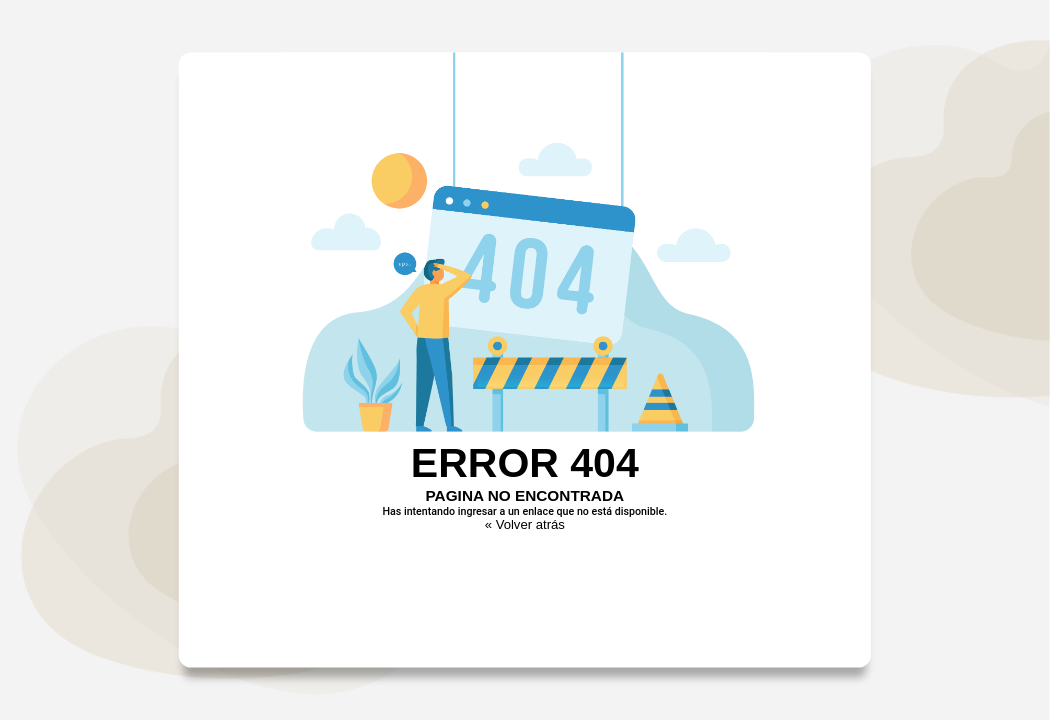
Repository: AlejandraBarrachina23/TPIntegrador_Barrachina_Java
Page: http://localhost/Alejandra_Barrachina_TP_Integrador1/error404.jsp
These files come from the project's save history. The page is drawn as it stood at one moment and after the next save; the edit follows.
The browser window is 1280 px wide. The pictures show the whole page, at 82% of full size.
Some web libraries are served in a nearby version. The page is served by Tomcat 9. Nobody is signed in. The application's start-up code is not run. Other server files are loaded and not shown.

Above is the page before, as saved 2019-12-19 12:38:28.

### Alejandra_Barrachina_TP_Integrador1/WebContent/error404.jsp

<%@ page language="java" contentType="text/html; charset=ISO-8859-1"
    pageEncoding="ISO-8859-1"%>
<!DOCTYPE html>
<html>
<head>
<meta charset="ISO-8859-1">

<script src="https://kit.fontawesome.com/735f5623c2.js"></script>
<link href="estilos.css" type="text/css" rel=stylesheet>
</head>
<body>

<div id="error-404">
		<img src="img/fondo-error.png" alt="icono-advertencia" class="">
		<h2>ERROR 404</h2>
		<h3>PAGINA NO ENCONTRADA</h3>
		<p>Has intentando ingresar a un enlace que no está disponible.</p>
		<a href="javascript:window.history.back();">&laquo; Volver atrás</a>
</div>

<script>
</script>
</body>
</html>

### Alejandra_Barrachina_TP_Integrador1/WebContent/estilos.css
@charset "ISO-8859-1";


* {
	padding:0px;
	margin:0px;
	border:0px;
}

body {
		background-color:#f3f3f3;
		background-image: url(iconos/fondo.png);
		background-repeat: no-repeat;
 		background-size: cover;


}

html,body{

margin:0px;

}


/*=============================================================
      FORMULARIO LOGIN
 ============================================================== */

 #error-404 {

 	background-color:#fff;
 	width:65;
 	height:750px;;
 	margin	: 5% 17%;
 	box-shadow: 0px 18px 10px -6px rgba(0,0,0,0.31);
 	text-align:center;
 	font-family: 'Francois One', sans-serif;
 	border-radius: 15px;

 }

 #error-404 a{

	color:black;

 }

  #error-404 img {

  width:70%;

  }

  #error-404 h2 {

  font-size:50px;
  }


 #login-avisos {

  	color:red;
  	margin-left:25%;
  	font-size:12px;
  }

 #recuperacion-aviso{
   	color:red;
  	margin-left:25%;
  	font-size:12px;
 }

 #form-login {

	width:65%;
 	margin	: 5% 17%;

}

#form-login-right, #form-login-left {


	height:750px;
	float:left;
	background-color:#F9FBFC;

}

#form-login-left {

	width:65%;
	border-top-left-radius: 20px;
	border-bottom-left-radius: 20px;
	box-shadow: 0px 18px 10px -6px rgba(0,0,0,0.31);
	opacity:0.9;
}

#form-login-left img {

	width:90%;
	padding	: 10% 5%;

}

#form-login-right {

	width:33%;
	border-top-right-radius: 20px;
	border-bottom-right-radius: 20px;
	box-shadow: 13px 14px 10px -6px rgba(0,0,0,0.31);
	opacity:0.8;

}


h1 {

		font-size:50px;
		font-family: 'Bebas Neue', cursive;
		color:#2C5060;
		margin-top:30%;
		text-align:center;
}

p, #form-login-right a {

	font-family: 'Roboto', sans-serif;
	font-weight: 500;
	font-size: 13px;
	color:black;
	text-align:center;
}

.text-box {

	border-bottom: 1px solid black;
	width:250px;
	text-align: center;
	margin-left:12%;
}

.text-box i {

	float:left;
	color: #2C5060;
	padding:7px;
}

#form-login-right [type="text"], #form-login-right [type="password"]{

	padding:5px;
	width:180px;
	border:none;
	outline:none;
	background-color:#FAFCFD;
	font-family: 'Oswald', sans-serif;

}

.main-button {

	background-color: #2C5060;
	color:white;
	width:35%;
	font-size:15px;
	border-style:none;
	padding:5px;
	border-radius: 15px;
	border: 0px solid #000000;
	box-shadow: 10px 10px 25px -13px rgba(0,0,0,0.75);
	font-family: 'Oswald', sans-serif;
	margin-left: 50%;

}

.main-button:hover {

	background-color: #1a6373;
}

.iconos-redes {

	width:5%;

}


#login-informacion {

	width:90%;
	padding:5%;

}


#login-informacion a{

	font-family: 'Oswald', sans-serif;
	font-size:15px;
	margin-left:48%;
}

#login-contacto{

	margin-top:50%;
	text-align:center;
}


#login-contacto p {

	font-size:18px;
	font-family: 'Oswald', sans-serif;

}

#login-recuperacion{

	padding-top:20%;
	text-align:center;

}

.restart-button{

	background-color: #2C5060;
	color:white;
	width:35%;
	font-size:15px;
	border-style:none;
	padding:5px;
	border-radius: 15px;
	border: 0px solid #000000;
	box-shadow: 10px 10px 25px -13px rgba(0,0,0,0.75);
	font-family: 'Oswald', sans-serif;

}

#form-advertencia {

	width:100%;
	text-align:center;
	margin-top:50%;
	color:#E16C78;
	font-family: 'Oswald', sans-serif;

}

.icono-advertencia{

	margin-top:15%;
	padding:2%;
	width:30%;
	margin: 0 auto;

}

#form-advertencia p {

	color:#E16C78;
	font-size: 15px;
}

.blue{

	color:#30A9E3;
}


 /*=======================
      FORMULARIO INDEX
 ========================= */

 .section-principal{

	float:left;
	height: 100vh;
	width:90%;
	background-color:#f3f3f3;
	color:black;
	text-align:center;
	margin-left:10%;
}

.section-principal select {

	font-family: 'Oswald', sans-serif;
	border:1px solid black;
	margin:5px;
	padding:2px;
	color:black;
}

.section-principal input{

	width:15%;
	padding:5px;
	border:1px solid black;
	font-family: 'Oswald', sans-serif;
}

.section-principal label{

	font-size:18px;
	font-family: 'Oswald', sans-serif;

}

.section-principal a{

	color:black;

}


nav {

	background-color:#2C5060;
	font-family: 'Francois One', sans-serif;
	width:10%;
	height: 100vh;
	font-size:15px;
	float:left;
	position:fixed;

}

 ul {

	list-sytle: none;
	width:100%;
}

a {

	text-decoration:none;
	color:white;

}

li:hover {

	border-left: solid 4px #2896BC;
	background-color: #2F5866;
	transition: background-color 0.3s;
	transition: border 0.3s;

}

ul li {

	border-left: solid 4px #2C5060;
	font-family: 'Oswald', sans-serif;
	padding:15px;
	border-bottom: 1px solid #2D5C6D;


}

.icon{

	width:13%;
	padding-right:5px;

}


#icon-usuario{

	width:40%;
}

li .icon{

	float:left;

}


#user {

	width:100%;
	margin-top:40%;
	text-align:center;
	padding: 10% 0%;
	border-bottom: 1px solid #2D5C6D;

}

#user h2{

	color:#fff;

}

#user p, #header-user p {

	font-size:15px;
	color:#fff;
	padding:8px;
	font-family: 'Oswald', sans-serif;
}

 /*=======================
      FORMULARIO ALUMNOS
 ========================= */


#logo{

	width:30%;
	height:150px;
	border-bottom: 1px solid white;
	color:white;
	text-align:center;
	margin-top:30px;
}

#alumnos-principal {

	background-color:#fff;
	width:83%;
	margin-left: 200px;
	height:300px;
	box-shadow: 10px 10px 25px -13px rgba(0,0,0,0.75);

}

#form-agregar-usuario {

	background-color: white;
	width:95%;
	height:200px;
	margin:20px;
	padding:10px;
	box-shadow: 10px 10px 25px -13px rgba(0,0,0,0.75);
	display: none;


}

#form-listado-alumnos,#form-cursos,#form-listado-calificaciones {

	background-color: white;
	width:97%;
	height: 100vh;
	margin:20px;
	padding:10px;
	box-shadow: 10px 10px 25px -13px rgba(0,0,0,0.75);

}

#form-cursos{

	background-color:#f3f3f3;
	box-shadow: none;
}

#btn-flecha {

	background-image: url("iconos/flecha.png");
	background-repeat: no-repeat;
	width:25px;
	height:25px;
	background-color:#2C5060;
	border: 0;
	float:right;

}

.dato {

	float:left;
	margin: 10px;
	width:23%;


}

.dato input {

		width: 200px;
		background: #f3f3f3;
		font: inherit;
		box-shadow: 0 6px 10px 0 rgba(0, 0, 0 , .1);
		border: 0;
		outline: 0;
		padding: 8px;

}

.encabezados {

	background-color:#2C5060;
	color:white;
	padding:10px;
	margin:10px;
	font-family: 'Oswald', sans-serif;

}



h3 {

	display:inline;

}

label {

	color:#2C5060;
	font-family: 'Open Sans', sans-serif;
	font-weight: 600;
	font-size: 10px;
}

.flecha {

	float:right;
}

.content-table{

	border-collapse:collapse;
	margin:20px 10px;
	font-size:0.9em;
	width:99%;
	min-width:600px;
	box-shadow: 7px 9px 23px -13px rgba(0,0,0,0.93);
	font-family: 'Roboto', sans-serif;

}

.content-table-cursos{

	border-collapse:collapse;
	margin:20px 10px;
	font-size:0.9em;
	width:50%;
	min-width:600px;
	box-shadow: 7px 9px 23px -13px rgba(0,0,0,0.93);
	font-family: 'Roboto', sans-serif;
}

.content-table th, .content-table-cursos {

	background-color:#2C5060;
	color:white;
	font-weight: 600;
	padding:12px;



}

.content-table tr,
.content-table td {

	padding:5px 5px;

}

.content-table td {

	border-bottom: 1px solid #dddddd;

}

.content-table tr:nth-of-type(even) {

	background-color:#f3f3f3;

}

.content-table tr:last-of-type {

	border-bottom: 3px solid #2C5060;

}

.content-table-cursos .content-fileter{

	width:50%;

}

.content-filter {

	background-color:#f3f3f3;
	width:100%;
	text-align:center;
	padding:10px;


}

.pie-pagina{

	float:left;
	margin-top:20px;
	text-align:right;
	width:100%;
}

 /*=======================
      FORMULARIO ALUMNOS
 ========================= */

#section-index{

	float:left;
	height: 100vh;
	width:100%;
	margin:1px 1px;
	text-align:center;


}

#index-encabezado{

	background-color:#2C5060;
	text-align:center;
	height:295px;
	width:100%;

}

#section-index img {

	width:50%;

}

#index-descripcion {

	box-shadow: 10px 10px 25px -13px rgba(0,0,0,0.75);
	font-family: 'Roboto', sans-serif;
	background-color:#fff;
}


#index-descripcion-encabezado{

	text-align:center;
	background-color:#fff;

}

#index-descripcion-encabezado img{

	width:50%;

}

#index-descripcion-encabezado h2{

	font-size:50px;
	font-family: 'Francois One', sans-serif;
	color:#2C5060;

}

#index-descripcion-encabezado p{

	font-size:15px;
	font-family: 'Francois One', sans-serif;
	color:#2C5060;

}

#index-descripcion-contenido{

	text-align:center;
	height:300px;
	margin-top:30px;
	padding-left:220px;
}

#index-descripcion-contenido-profesores{


	height:430px;
	width:100%;


}

#index-descripcion-contenido-profesores .index-item-descripcion{

	width:18%;
	height:300px;
	float:left;
	margin-left:40%;

}

.index-item-descripcion {

	width:18%;
	height:300px;
	float:left;
	margin:30px;

}

.index-item-descripcion img {

	width:40%;
	padding:0% 20%;
	margin:0% 5%;
}

.index-item-descripcion h3 {

	font-size:25px;
	font-family: 'Oswald', sans-serif;

}

.index-item-descripcion p {

	font-size:15px;

}

.btn-index {

	padding:10px;
	margin:10px 38px;
	background-color: #2C5060;
	font-family: 'Oswald', sans-serif;
	font-size:20px;
	color:#fff;
	width:60%;
	box-shadow: 10px 10px 25px -13px rgba(0,0,0,0.75);
	float:left;
	text-align:center;

}

.modal-fondo-accion {

	background: rgba(0,0,0,0.3);
	position:fixed;
	top:0;
	bottom:0;
	left:0;
	right:0;
	display:flex;
	align-items:center;
	justify-content:center;
	font-family: 'Francois One', sans-serif;
	visibility:hidden;
}

.modal-contenido-accion{

	background-color:#fff;
	box-shadow: 10px 10px 25px -13px rgba(0,0,0,0.75);
	width:15%;
	border-radius: 8px;
	padding-bottom: 15px;

}

#modal-fondo-accion .active{

	visibility:visible;
}


.accion-arriba{

	background-color: #3FC59D;
	padding:5% 0;
	width:100%;
}

.accion-abajo{

	background-color: #fff;
	padding:5% 0;
	width:100%;

}

.btn-accion-cerrar{

	background-color:blue;
	padding:2%;
	margin:3%;
	color:white;
}

.modal-contenido-accion img {

	width:25%;

}

.modal-fondo {

	background: rgba(0,0,0,0.3);
	position:fixed;
	top:0;
	bottom:0;
	left:0;
	right:0;
	display:flex;
	align-items:center;
	justify-content:center;
	visibility:hidden;

}

.modal-fondo.active{

	visibility:visible;
}

.modal-contenido {

	background-color:#fff;
	box-shadow: 10px 10px 25px -13px rgba(0,0,0,0.75);
	width:20%;
	border: 3px solid #2C5060;
	padding-bottom: 15px;
}

.modal-contenido .btn-modal {

	width:30%;
	color:white;
	background-color: #2C5060;
	font-size:20px;
	padding:5px;
	margin:5px;

}

.modal-contenido a {
	color:#fff;

}

.btn-modal-eliminar{

	width:30%;

	background-color: #2C5060;
	font-size:20px;
	padding:5px 25px;
	font-family: 'Oswald', sans-serif;
	margin:5px;
	border:1px solid black;

}

.modal-contenido [type="text"] {

	width:70%;
	font-size: 13px;
	margin-bottom:15px;

}

.modal-contenido h3 {

	font-size: 20px;
	font-family: 'Oswald', sans-serif;
	background-color:#2C5060;
	display:block;
	color:#fff;
	padding:8px;

}

.modal-contenido label {

	font-size: 15px;
	font-family: 'Roboto', sans-serif;
}

.modal-contenido select, .modal-contenido [type="date"], .modal-contenido [type="email"], .modal-contenido [type="number"] {

	font-family: 'Oswald', sans-serif;
	border:1px solid black;
	margin:5px;
	padding:2px;
	width:74%;
	padding:1%;
	color:black;

}

.modal-contenido [type="date"], .modal-contenido [type="email"], .modal-contenido [type="number"]{

	width:71%;

}

.opciones {

	color:black;
	background-color:#fff;

}

.btnFormulario {

	width:12%;
	padding:10px;
	font-size: 15px;
	font-family: 'Oswald', sans-serif;
	border-radius: 8px;
	background-color:#2C5060;
	color:white;
	float:right;
	border:0;
	margin:8px;
}

td .btn-modificar {

	width:22%;
	height:32px;
	background-image:url(iconos/modificar.png);
	background-repeat: no-repeat;
	border:none;
	background-color:inherit;
}

td .btn-eliminar {

	width:22%;
	height:32px;
	background-image:url(iconos/borrar.png);
	background-repeat: no-repeat;
	border:none;
	background-color:inherit;

}

td .btn-mostrar {

	width:12%;
	height:32px;
	background-color:blue;
	background-image:url(iconos/mostrar.png);
	background-repeat: no-repeat;
	border:none;
	background-color:inherit;
}

td .btn-calificaciones {

	width:12%;
	height:32px;
	background-image:url(iconos/notas.png);
	background-repeat: no-repeat;
	border:none;
	background-color:inherit;
}

/*=============================================================
      FORMULARIO CURSOS
 ============================================================== */

#form-curso-izquierda{

	background-color: #fff;
	width:38%;
	float:left;
	color:black;
	padding-left:5%;
	padding-right:5%;
	padding-bottom:5%;
	box-shadow: 10px 10px 25px -13px rgba(0,0,0,0.75);

}

#form-curso-derecha{

	width:38%;
	float:left;
	box-shadow: 10px 10px 25px -13px rgba(0,0,0,0.75);
	padding:5px 5%;
	margin-left:2%;
	background-color:#fff;

}

#form-curso-izquierda [type="text"], #form-curso-izquierda select{

	padding:5px;
	width:180px;
	background-color:#FAFCFD;
	font-family: 'Roboto', sans-serif;
	font-size: 12px;
	color:black;

}

#form-curso-izquierda label {

	font-size:18px;
	display: block;
	witdh:20px;
}

.form-cursos-encabezado-izquierda{

	background-color: #2C5060;
	width:100%;
	margin: 20px 0px;
	padding:1px;


}

.form-cursos-encabezado-izquierda h2{

	color:white;
	padding:2px;
	font-family: 'Oswald', sans-serif;
}

#form-curso-derecha #listado-alumnos {

	text-align:center;
	width:100%;

}

#form-curso-derecha #listado-alumnos li {

	font-size:15px;
	padding:0;
	width:20%;
	border:none;
	background-color:none;
	margin-left:40%;
	list-style: none;



}

#form-curso-derecha #listado-alumnos li:hover {

	background-color:white;
}

/*=============================================================
      FORMULARIO CALIFICACIONES
 ============================================================== */

.busqueda-califaciones{

	width:98%;
	margin:1%;
	box-shadow: 0px 18px 10px -6px rgba(0,0,0,0.31);
	background-color:#fff;
	padding-bottom:2%;

}

.busqueda-califaciones h2{

	width:99%;
	background-color:blue;
	color:#fff;
	background-color:#2C5060;
	font-family: 'Oswald', sans-serif;
	padding:0.5%;
	margin-bottom:1%;

}

#form-listado-calificaciones h2{

	color:#fff;
	background-color:#2C5060;
	font-family: 'Oswald', sans-serif;
	width:99%;
	padding:0.5%;

}


/*=============================================================
      FORMULARIO REPORTES
 ============================================================== */


#form-reportes{

	background-color: #f3f3f3;
	width:97%;
	height:970px;
	margin:20px;
	padding:10px;

}

#form-reportes-fila-uno{

	width:85%;
	height: 25vh;
	padding-left: 15%;
	overflow:hidden;


}

.fila-uno-items{

	width:15%;
	height:20vh;
	float:left;
	margin:1%;
	box-shadow: 0px 18px 10px -6px rgba(0,0,0,0.31);
	background-color:#fff;
	padding:1%;
	border-radius:10px;

}

.fila-uno-items img {

	width:40%;
	padding:3%;


}

.fila-uno-items h2 {

	font-family: 'Oswald', sans-serif;
	font-size:20px;

}

.fila-uno-items p {

	font-size:25px;
	font-family: 'Francois One', sans-serif;
	color:#2C5060;

}

.fila-uno-items-pie{

	padding:2%;
	margin-left:25%;
}

.fila-uno-items-pie img {

	width:12%;
	float:left;
}


.fila-uno-items-pie p {

	font-size:20px;
	float:left;

}

#form-reportes-fila-dos{

	width:100%;
	margin-top:3%;
	height:500px;


}

.form-reportes-graficos{

	width:25%;
	background-color:#fff;
	float:left;
	box-shadow: 0px 18px 10px -6px rgba(0,0,0,0.31);
	margin:3% 1%;
	padding:3%;
	border-radius:5px;
}

.form-reportes-graficos h3 {

	font-family: 'Oswald', sans-serif;
	margin:5%;
}

#form-reportes-fila-dos h2, #form-reportes-fila-tres h2{

	font-family: 'Oswald', sans-serif;
	background-color:#2C5060;
	height: 3vh;
	color:white;
	width:99.5%;
	padding:0.5%;

}

.fila-uno-items-pie{

	border-top: 1px solid #f3f3f3;

}

#form-reportes-fila-tres {

	width:100%;
	heigth:300px;
	overflow:hidden;

}

.reporte-fila-tres-promedio{

	width:39%;
	float:left;
	text-align:center;
	margin:0.5%;
	background-color:#fff;
	box-shadow: 0px 18px 10px -6px rgba(0,0,0,0.31);
	padding:0.5% 5%;

}

.reporte-fila-tres-promedio h3{

	font-family: 'Oswald', sans-serif;
}

#form-reportes-fila-tres .content-table {

	width:100%;
	float:left;
	padding:20px;
	margin:3% 6%;

}

.resultado-busqueda{

	width:98%;
	heigth:500px;
	background-color:#fff;
	overflow:hidden;
	margin-left:1%;
}

.resultado-busqueda-asistencias{

	width:98%;
	heigth:500px;
	overflow:hidden;
	margin-left:1%;

}

.tabla-resultado-busqueda{

	width:60%;
	float:left;
	margin: 1% 20%;

}

.resultado-busqueda-asistencias .tabla-resultado-busqueda{

	width:30%;
	float:left;
	margin: 1% 20%;
}


.titulos {

	background-color:#2C5060;
	color:#fff;
	padding:0.5%;
	font-family: 'Oswald', sans-serif;

}

.form-reportes-graficos-asistencias{

	width:30%;
}


.form-reportes-graficos-asistencias h3{

	font-family: 'Oswald', sans-serif;
}

.resultado-busqueda-asistencias .graficos-resultado-busqueda .form-reportes-graficos-asistencias{

	margin-left:35%;
	margin-top:1%;
}

.resultado-busqueda-asistencias .tabla-resultado-busqueda{

	margin-left:32%;
	margin-top:1%;
}

### Alejandra_Barrachina_TP_Integrador1/WebContent/img/cancel.svg
<?xml version="1.0" encoding="iso-8859-1"?>
<!-- Generator: Adobe Illustrator 19.0.0, SVG Export Plug-In . SVG Version: 6.00 Build 0)  -->
<svg version="1.1" id="Layer_1" xmlns="http://www.w3.org/2000/svg" xmlns:xlink="http://www.w3.org/1999/xlink" x="0px" y="0px"
	 viewBox="0 0 496.158 496.158" style="enable-background:new 0 0 496.158 496.158;" xml:space="preserve">
<path style="fill:#E04F5F;" d="M496.158,248.085c0-137.021-111.07-248.082-248.076-248.082C111.07,0.003,0,111.063,0,248.085
	c0,137.002,111.07,248.07,248.082,248.07C385.088,496.155,496.158,385.087,496.158,248.085z"/>
<path style="fill:#FFFFFF;" d="M277.042,248.082l72.528-84.196c7.91-9.182,6.876-23.041-2.31-30.951
	c-9.172-7.904-23.032-6.876-30.947,2.306l-68.236,79.212l-68.229-79.212c-7.91-9.188-21.771-10.216-30.954-2.306
	c-9.186,7.91-10.214,21.77-2.304,30.951l72.522,84.196l-72.522,84.192c-7.91,9.182-6.882,23.041,2.304,30.951
	c4.143,3.569,9.241,5.318,14.316,5.318c6.161,0,12.294-2.586,16.638-7.624l68.229-79.212l68.236,79.212
	c4.338,5.041,10.47,7.624,16.637,7.624c5.069,0,10.168-1.749,14.311-5.318c9.186-7.91,10.22-21.77,2.31-30.951L277.042,248.082z"/>
<g>
</g>
<g>
</g>
<g>
</g>
<g>
</g>
<g>
</g>
<g>
</g>
<g>
</g>
<g>
</g>
<g>
</g>
<g>
</g>
<g>
</g>
<g>
</g>
<g>
</g>
<g>
</g>
<g>
</g>
</svg>

After the next save:
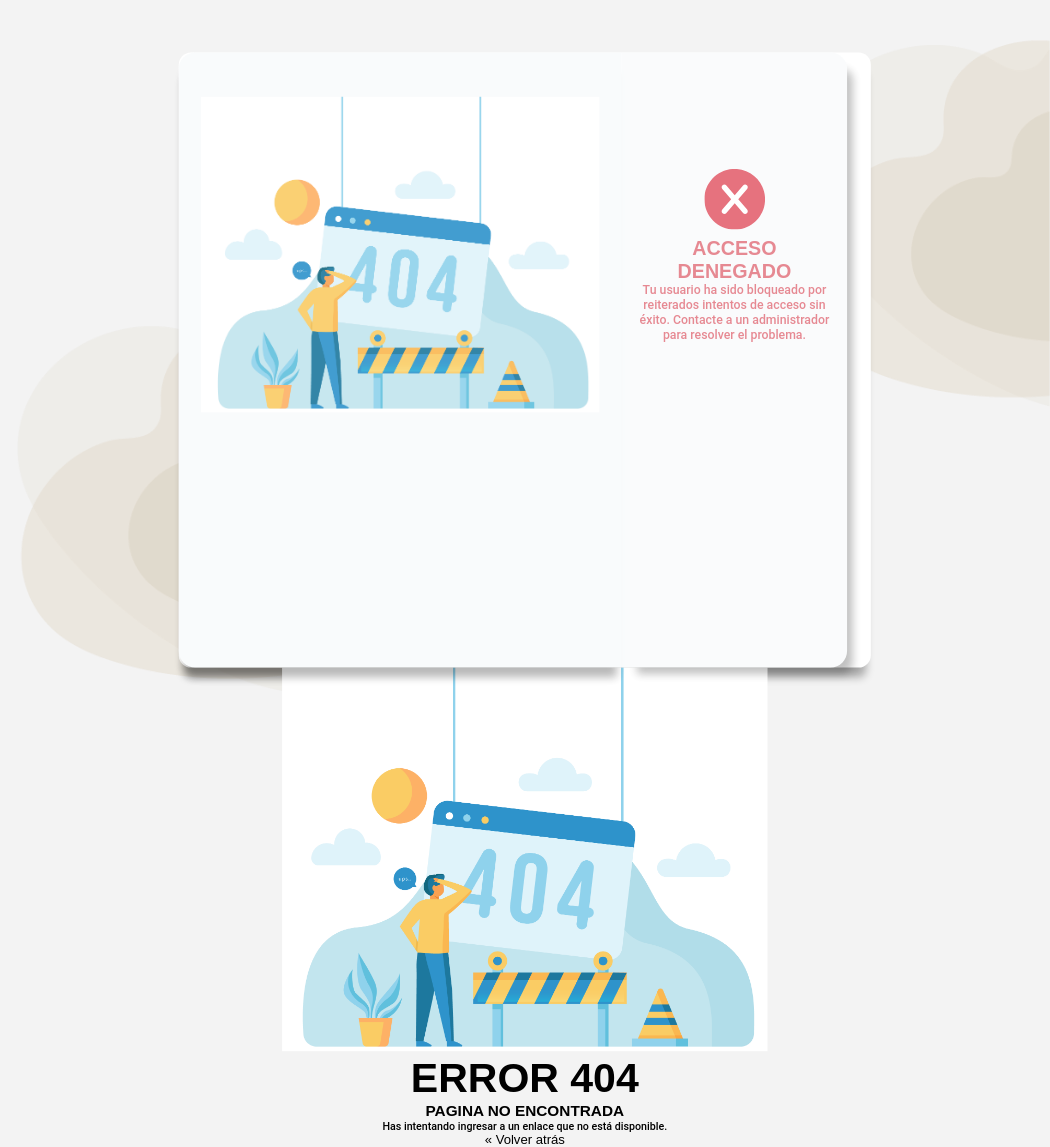
Saved 14 min 40 s later.
--- a/Alejandra_Barrachina_TP_Integrador1/WebContent/error404.jsp
+++ b/Alejandra_Barrachina_TP_Integrador1/WebContent/error404.jsp
@@ -11,6 +11,22 @@
 </head>
 <body>
 
+	<form id="form-login" method="post" action="index.jsp">
+	<div id="form-login-left">
+			<img src="img/fondo-error.png" alt="fondo-universidad">
+		</div>
+		<div id="form-login-right">
+			<div id="login-informacion">
+					<div id="form-advertencia">
+						<img src="img/cancel.svg" alt="icono-advertencia" class="icono-advertencia">
+						<h2>ACCESO DENEGADO</h2>
+						<p>Tu usuario ha sido bloqueado por reiterados intentos de acceso sin éxito. Contacte a un administrador para resolver el problema.</p>
+					</div>
+			</div>
+		</div>
+	</form>
+
+
 <div id="error-404">
 		<img src="img/fondo-error.png" alt="icono-advertencia" class="">
 		<h2>ERROR 404</h2>
